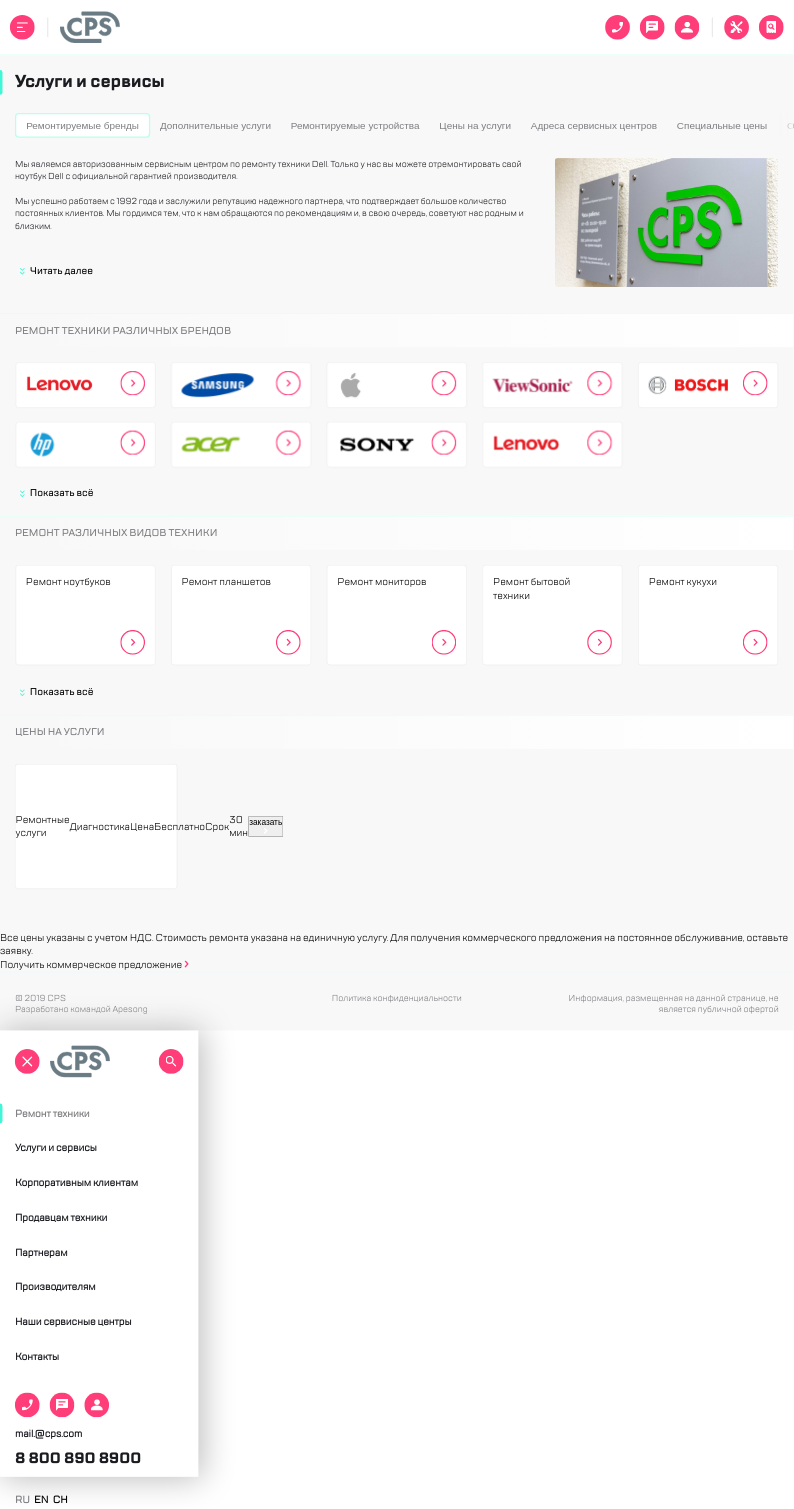
Repository: Dedoxa/WebCoreF
Page: /
The author's editor kept a copy of each file at every save. The page is drawn from the files as they stood at one save, then again after the next save.
The browser window is 1280 px wide. The pictures show the whole page, at 62% of full size.
The project was rebuilt for these pictures with package versions that can differ from the ones it lists, and the page was loaded fresh each time. Also part of the build but not shown: webpack.config.js.

Above is the page before, as saved 2024-06-15 19:08:21.

After the next save:
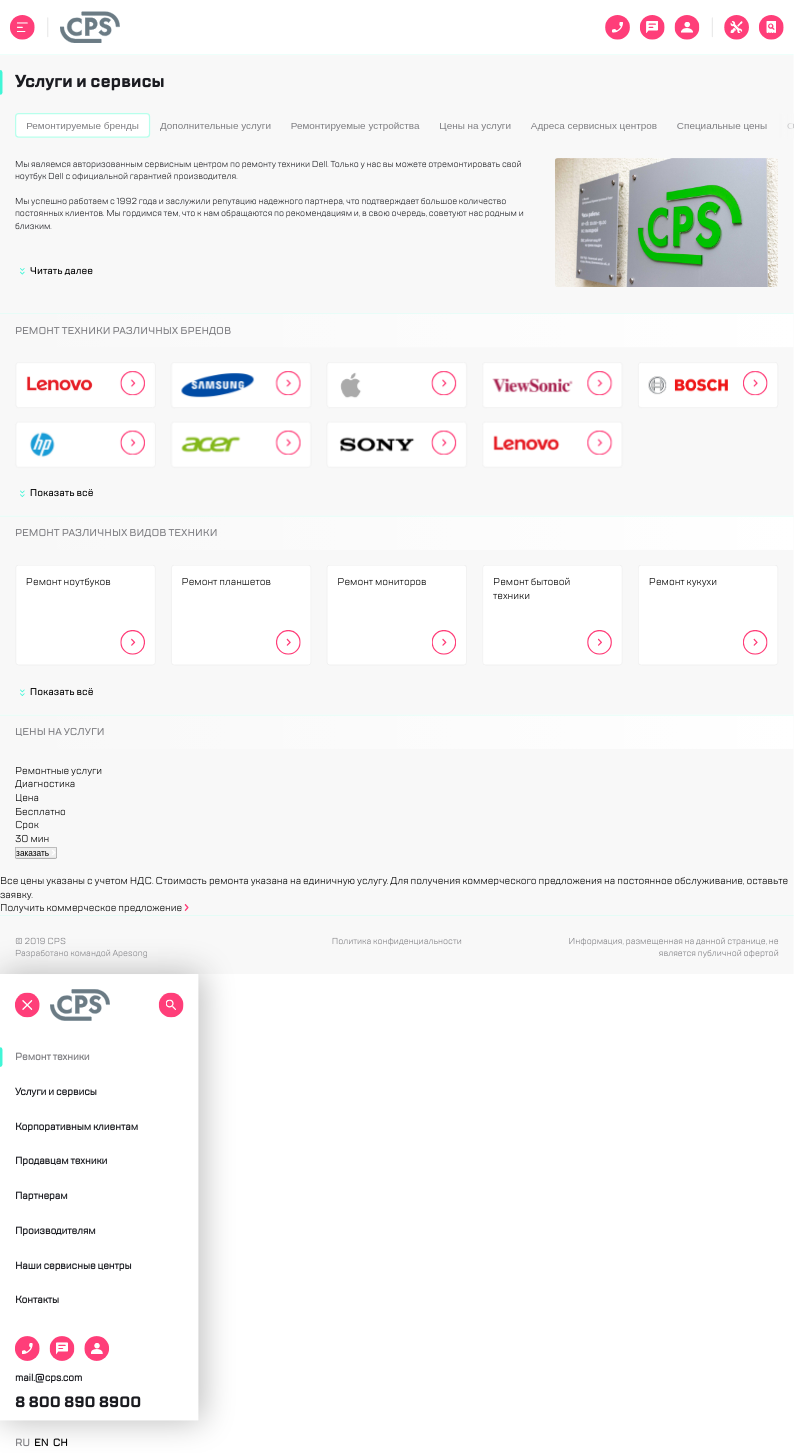
Saved 2 min 3 s later.
--- a/src/scss/plates.scss
+++ b/src/scss/plates.scss
@@ -107,7 +107,7 @@
 
   .plates__brands-wrapper,
   .plates__devices-wrapper,
-  .plates__table-wrapper {
+  .plates__prices-wrapper {
     height: 116px;
     @media (min-width: 768px) {
       display: grid;
@@ -130,13 +130,13 @@
     }
   }
 
-  .plates__table-wrapper {
+  .plates__prices-wrapper {
     height: 245px;
   }
 
   .plates__brand-plate,
   .plates__device-plate,
-  .plates__table-plate {
+  .plates__price-plate {
     display: flex;
     justify-content: space-between;
     align-items: center;
@@ -184,7 +184,7 @@
     }
   }
 
-  .plates__table-plate {
+  .plates__price-plate {
     width: 260px;
     height: 200px;
   }
